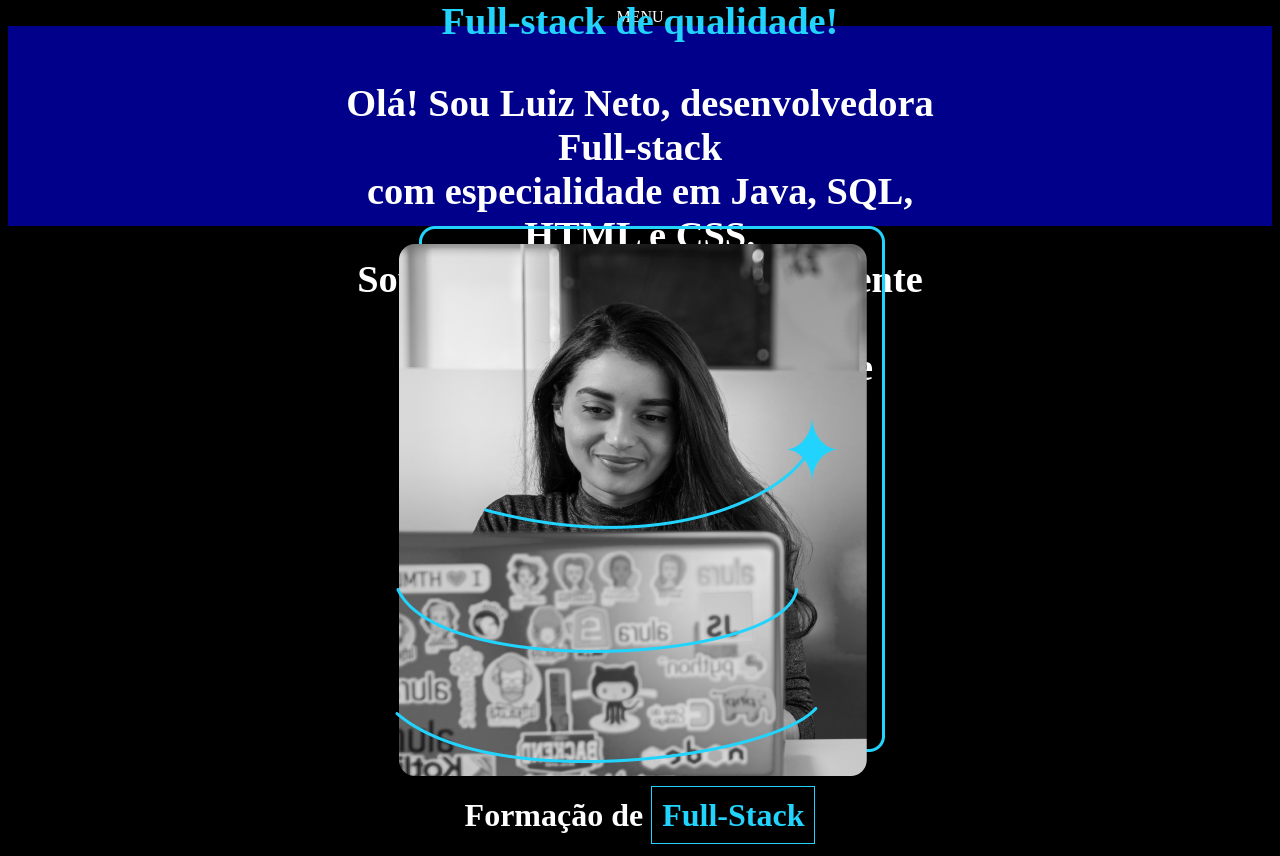
Repository: luiz123098/Sobre-mim-em-HTM-CSS
Page: htmlcss.html
The author's editor kept a copy of each file at every save. The page is drawn from the files as they stood at one save, then again after the next save.
The browser window is 1280 px wide. The pictures show the whole page.

Above is the page before, as saved 2023-03-08 14:18:03.

After the next save:
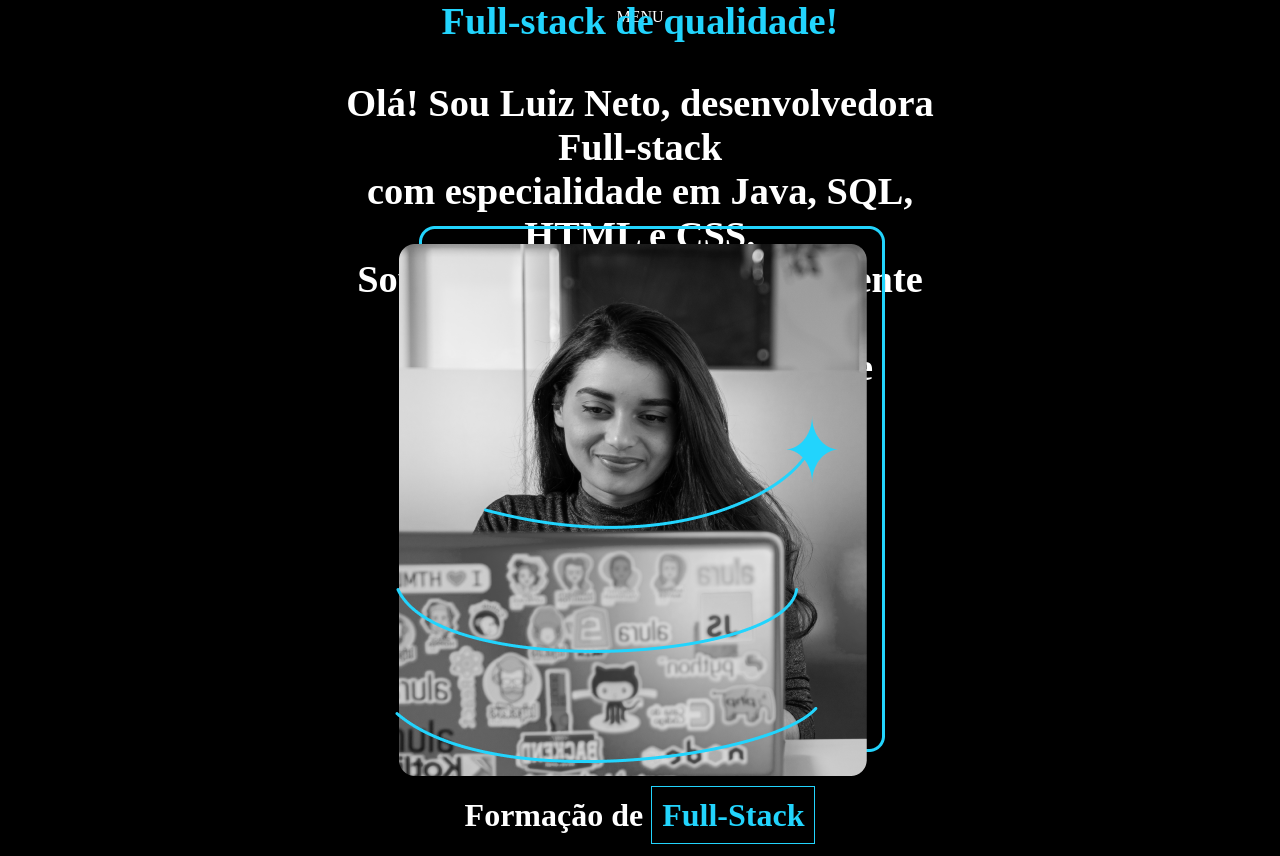
Saved 13 s later.
--- a/style.Css
+++ b/style.Css
@@ -41,5 +41,4 @@
     height: 200px;
     color: #fff;
     font-size: 1.2rem;
-    background: #00008b;
 }
